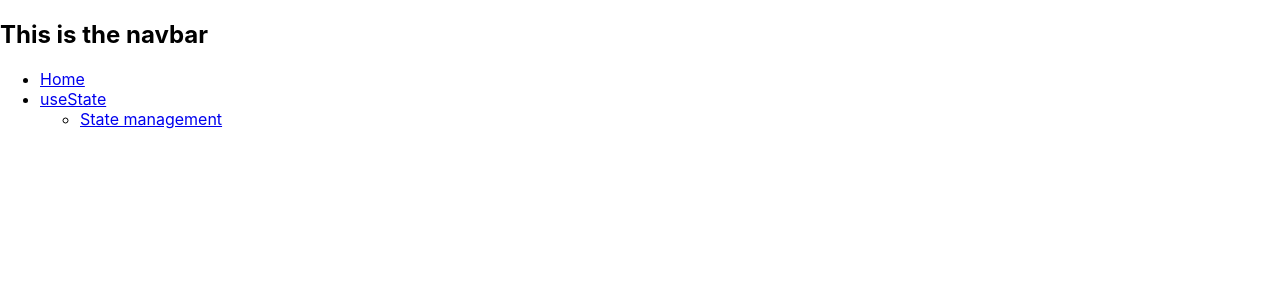
Repository: Colo-Codes/react-hooks-use-cases
Page: /usestate/toggle
The author's editor kept a copy of each file at every save. The page is drawn from the files as they stood at one save, then again after the next save.
The browser window is 1280 px wide. The pictures show the whole page.
The project was rebuilt for these pictures with package versions that can differ from the ones it lists, and the page was loaded fresh each time. Also part of the build but not shown: src/App.css, src/components/Home/Home.js, src/components/UseCaseUseState/UseCaseUseState.js, src/components/UseCaseUseState/UseCaseStateManagement/UseCaseStateManagement.js.

Above is the page before, as saved 2021-09-07 09:19:24.

### src/App.js
import classes from './App.css';
import { BrowserRouter as Router, Route, Switch } from 'react-router-dom';
import React from 'react';
import Home from './components/Home/Home';
import UseCaseUseState from './components/UseCaseUseState/UseCaseUseState';
import Navbar from './components/Navbar/Navbar';
import UseCaseStateManagement from './components/UseCaseUseState/UseCaseStateManagement/UseCaseStateManagement';

function App() {
  return (
    <div className={classes.main}>
      <Router>
        <Navbar />
        <Switch>
          <Route exact path="/">
            <Home />
          </Route>
          <Route exact path="/usestate">
            <UseCaseUseState />
          </Route>
          <Route path="/usestate/state-management">
            <UseCaseStateManagement />
          </Route>
        </Switch>
      </Router>
    </div>
  );
};

export default App;

### src/components/Navbar/Navbar.js
import { Link } from "react-router-dom";

const Navbar = props => {
    return (
        <nav>
            <h1>This is the navbar</h1>
            <ul>
                <li><Link to="/">Home</Link></li>
                <li><Link to="/usestate">useState</Link>
                    <ul>
                        <li><Link to="/usestate/state-management">State management</Link></li>
                    </ul>
                </li>
            </ul>
        </nav>
    );
};

export default Navbar;

### src/App.module.css
.main {
  color: red
}

Loaded but not shown: public/index.html (common file); src/index.js (common file); src/index.css (common file); src/reportWebVitals.js (common file)

After the next save:
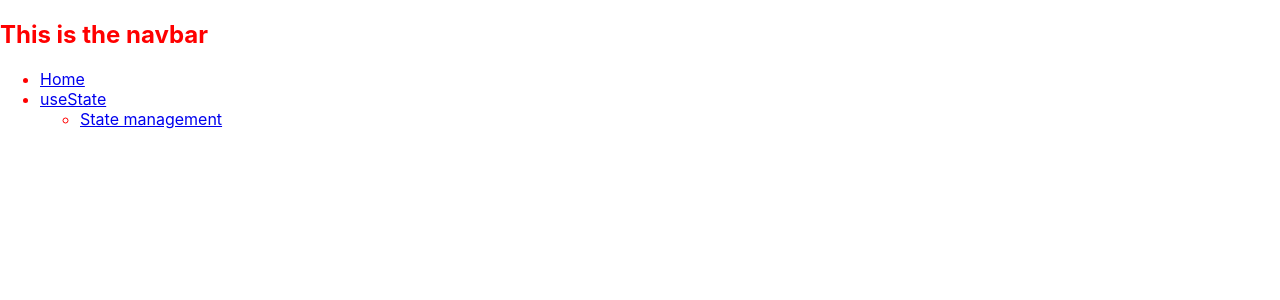
Saved 9 s later.
--- a/src/App.js
+++ b/src/App.js
@@ -1,4 +1,4 @@
-import classes from './App.css';
+import classes from './App.module.css';
 import { BrowserRouter as Router, Route, Switch } from 'react-router-dom';
 import React from 'react';
 import Home from './components/Home/Home';
